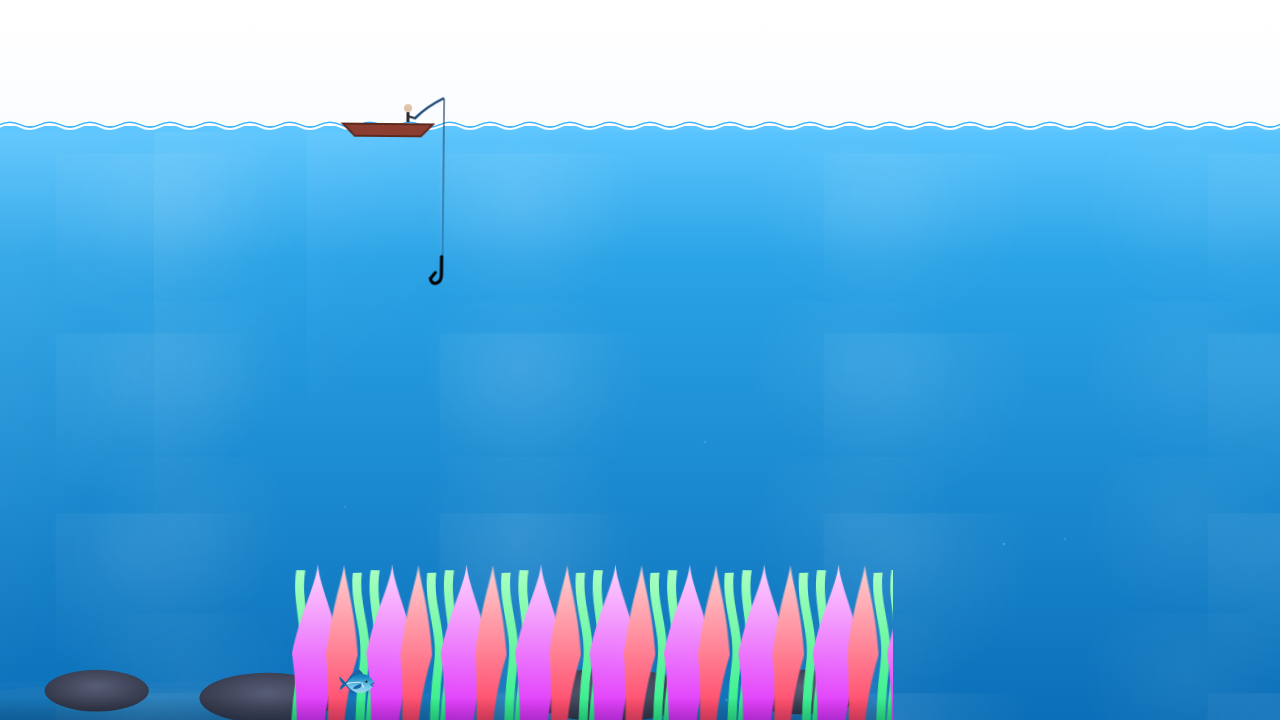
Repository: DeepFriedTurkey441/fd_game_project
Page: index.html
The author's editor kept a copy of each file at every save. The page is drawn from the files as they stood at one save, then again after the next save.
The browser window is 1280 px wide. The pictures show the whole page.

Above is the page before, as saved 2025-09-23 09:15:02.

### index.html
<!DOCTYPE html>
<html lang="en">
<head>
  <meta charset="UTF-8">
  <title>Fish Dodge</title>
  <link rel="stylesheet" href="style.css">
</head>
<body>
  <div id="game">
    <div id="air" aria-hidden="true"></div>
    <div id="waterline" aria-hidden="true"></div>
    <!-- Decorative background layers (non-interactive) -->
    <div id="light-rays" aria-hidden="true"></div>
    <div id="caustics" aria-hidden="true"></div>
    <!-- Realistic aquarium background (SVG) built from reusable symbols -->
    <svg id="aquarium-bg" viewBox="0 0 1200 600" preserveAspectRatio="none" aria-hidden="true">
      <defs>
        <!-- gradients -->
        <linearGradient id="sandGrad" x1="0" y1="0" x2="0" y2="1">
          <stop offset="0%" stop-color="#f8ebc9"/>
          <stop offset="60%" stop-color="#e7d2a2"/>
          <stop offset="100%" stop-color="#c6a773"/>
        </linearGradient>
        <radialGradient id="rockGrad" cx="50%" cy="40%" r="60%">
          <stop offset="0%" stop-color="#585d77"/>
          <stop offset="100%" stop-color="#303445"/>
        </radialGradient>
        <linearGradient id="leafGreen" x1="0" y1="1" x2="0" y2="0">
          <stop offset="0%" stop-color="#008c3b"/>
          <stop offset="55%" stop-color="#00e676"/>
          <stop offset="100%" stop-color="#a8ffbf"/>
        </linearGradient>
        <linearGradient id="leafRed" x1="0" y1="1" x2="0" y2="0">
          <stop offset="0%" stop-color="#b00020"/>
          <stop offset="55%" stop-color="#ff1744"/>
          <stop offset="100%" stop-color="#ffd1d1"/>
        </linearGradient>
        <linearGradient id="leafPurple" x1="0" y1="1" x2="0" y2="0">
          <stop offset="0%" stop-color="#5a00d1"/>
          <stop offset="55%" stop-color="#d500f9"/>
          <stop offset="100%" stop-color="#ffd6ff"/>
        </linearGradient>
        <!-- subtle sand grain -->
        <filter id="grain" x="-10%" y="-10%" width="120%" height="120%">
          <feTurbulence type="fractalNoise" baseFrequency="0.9" numOctaves="2" result="noise"/>
          <feColorMatrix type="saturate" values="0" in="noise" result="gn"/>
          <feBlend in="SourceGraphic" in2="gn" mode="multiply"/>
          <feComponentTransfer>
            <feFuncA type="linear" slope="0.06"/>
          </feComponentTransfer>
        </filter>
        <!-- plant blade symbol (curved) -->
        <symbol id="plantBlade" viewBox="0 0 20 200">
          <path d="M10 200 C 14 130, 4 90, 12 40 C 14 26, 8 14, 10 0" fill="none" stroke="url(#leafGreen)" stroke-width="4" stroke-linecap="round"/>
        </symbol>
        <!-- broad leaf symbol -->
        <symbol id="leafBroad" viewBox="0 0 30 200">
          <path d="M15 200 C 28 130, 8 90, 26 40 C 22 20, 16 10, 15 0 C 14 10, 8 20, 4 40 C 12 90, -2 130, 15 200 Z" fill="url(#leafPurple)"/>
        </symbol>
        <!-- red leaf symbol -->
        <symbol id="leafRedSym" viewBox="0 0 26 200">
          <path d="M13 200 C 22 120, 6 90, 20 40 C 18 18, 14 8, 13 0 C 12 8, 8 18, 6 40 C 10 90, 2 120, 13 200 Z" fill="url(#leafRed)"/>
        </symbol>
      </defs>
      <!-- sand with gentle curvature and grain -->
      <path d="M0 560 C 180 540, 360 580, 560 565 C 780 548, 980 590, 1200 570 L 1200 600 L 0 600 Z" fill="url(#sandGrad)" filter="url(#grain)"/>
      <!-- rocks with gradient and shadow -->
      <g>
        <ellipse cx="130" cy="560" rx="70" ry="28" fill="url(#rockGrad)"/>
        <ellipse cx="360" cy="570" rx="92" ry="34" fill="url(#rockGrad)"/>
        <ellipse cx="820" cy="566" rx="110" ry="36" fill="url(#rockGrad)"/>
        <ellipse cx="1080" cy="562" rx="80" ry="30" fill="url(#rockGrad)"/>
      </g>
      <!-- dynamic plant clusters populated by script -->
      <g id="plants" transform="translate(0,0)"></g>
      <!-- bottom vignette (soft fade, no hard cutoff) -->
      <linearGradient id="bottomFog" x1="0" y1="0" x2="0" y2="1">
        <stop offset="0%" stop-color="rgba(0,0,0,0)"/>
        <stop offset="100%" stop-color="rgba(0,25,50,0.22)"/>
      </linearGradient>
      <rect x="0" y="570" width="1200" height="30" fill="url(#bottomFog)"/>
    </svg>
    <div class="boat" aria-label="small fishing boat" title="Fishing boat" style="left: 26vw;">
      <svg viewBox="0 0 120 60" xmlns="http://www.w3.org/2000/svg" aria-hidden="true">
        <!-- hull -->
        <path d="M10 40 L100 40 L88 52 L22 52 Z" fill="#8b3e2f" stroke="#5e291f" stroke-width="2"/>
        <!-- fisherman (simple) -->
        <circle cx="75" cy="24" r="4" fill="#e0c2a8"/>
        <path id="arm" d="M75 28 L75 38" stroke="#2b2b2b" stroke-width="3"/>
        <path id="rod" d="M75 32 L82 34" stroke="#2b2b2b" stroke-width="2"/>
        <!-- fishing rod (angled out over water) -->
        <path d="M82 34 Q 94 22 110 14" stroke="#1f4b7a" stroke-width="2.5" fill="none" stroke-linecap="round"/>
      </svg>
      <div class="line" aria-hidden="true"></div>
      <svg class="hook" aria-hidden="true" viewBox="0 0 24 36">
        <!-- J‑shaped hook: black stroke, no fill -->
        <path d="M16 2 V20 C16 30 6 32 5 24" fill="none" stroke="#000" stroke-width="3.2" stroke-linecap="round"/>
        <!-- Barb -->
        <path d="M6 23 L10 18" fill="none" stroke="#000" stroke-width="3" stroke-linecap="round"/>
      </svg>
    </div>
    <div id="fish" aria-label="fish"><span class="sprite" aria-hidden="true">🐟</span></div>
    <!-- Soft ambient bubbles -->
    <div id="bubbles" aria-hidden="true"></div>
  </div>
  <script src="script.js"></script>
</body>
</html>

### style.css
/* Basic starter styling */
body {
    margin: 0;
    font-family: sans-serif;
    background-color: #0a3454;
    color: #fff;
  }

#game {
    position: relative;
    width: 100vw;
    height: 100vh;
    overflow: hidden;
    background: linear-gradient(#f9fbff 0%, #eaf3ff 16.66%, #5ec7ff 16.66%, #2aa3e6 36%, #0b6fb8 100%);
  }

/* Air overlay (top 1/6) to ensure a whitish sky */
#air {
    position: absolute;
    left: 0; right: 0;
    top: 0;
    /* Extend slightly past the waterline so crests have white behind them */
    height: calc(100vh / 6 + 12px);
    background: linear-gradient(to bottom, rgba(255,255,255,0.98), rgba(255,255,255,0.75));
    z-index: 1;
    pointer-events: none;
  }

/* Waterline at 1/6 of the viewport height from the top */
#waterline {
    position: absolute;
    left: 0; right: 0;
    top: calc(100vh / 6);
    height: 12px;
    z-index: 2;
    pointer-events: none;
    /* Squiggly wave on top of a 2-color band: white above, light blue below */
    background:
      url("data:[embedded picture, 376 characters]") repeat-x center,
      linear-gradient(to bottom, rgba(255,255,255,0.98) 0%, rgba(255,255,255,0.98) 50%, rgba(94,199,255,1) 50%, rgba(94,199,255,1) 100%);
    background-size: 80px 12px, 100% 100%;
  }

/* Boat at surface */
  .boat {
    position: absolute;
    top: calc(100vh / 6 - 34px); /* float a bit higher above ripple */
    width: 120px; height: 60px;
    transform-origin: 50% 50%;
    animation: bob 3.2s ease-in-out infinite;
    z-index: 6; /* above reefs; fish swims under */
    pointer-events: none;
  }
  .boat svg { width: 100%; height: 100%; display: block; }
  /* (reverted) */

/* Realistic aquarium background container */
#aquarium-bg { position:absolute; left:0; right:0; bottom:0; height: 62vh; z-index:1; pointer-events:none; }
/* Plant sway animations */
.sway { animation: sway 6s ease-in-out infinite; transform-origin: 50% 100%; }
.sway.slow { animation-duration: 8.5s; }
.sway.fast { animation-duration: 4.5s; }
@keyframes sway {
  0% { transform: rotate(0deg); }
  25% { transform: rotate(2.2deg); }
  50% { transform: rotate(-2.8deg); }
  75% { transform: rotate(1.6deg); }
  100% { transform: rotate(0deg); }
}

/* God-rays */
#light-rays { position: absolute; left:0; right:0; top: calc(100vh/6); bottom:0; pointer-events:none; z-index:1;
  background:
    linear-gradient(115deg, rgba(255,255,255,0.12) 10%, rgba(255,255,255,0.0) 35%) 0 0/40% 100% no-repeat,
    linear-gradient(125deg, rgba(255,255,255,0.10) 8%, rgba(255,255,255,0.0) 32%) 20% 0/40% 100% no-repeat,
    linear-gradient(135deg, rgba(255,255,255,0.08) 6%, rgba(255,255,255,0.0) 28%) 40% 0/40% 100% no-repeat;
  mix-blend-mode: screen;
  opacity: 0.5;
}

/* Caustic shimmer */
#caustics { position:absolute; left:0; right:0; top: calc(100vh/6); bottom:0; pointer-events:none; z-index:1;
  background: radial-gradient(circle at 20% 20%, rgba(255,255,255,0.08) 0%, rgba(255,255,255,0) 40%) 0 0/30% 30% repeat,
              radial-gradient(circle at 70% 40%, rgba(255,255,255,0.06) 0%, rgba(255,255,255,0) 42%) 0 0/26% 26% repeat;
  animation: causticDrift 18s linear infinite;
}
@keyframes causticDrift {
  0% { background-position: 0 0, 0 0; }
  100% { background-position: 200px 120px, -160px 90px; }
}

/* Seafloor gradient to deepen bottom */
#seafloor { position:absolute; left:0; right:0; bottom:0; height: 16vh; pointer-events:none; z-index:1;
  background: linear-gradient(to bottom, rgba(0,0,0,0) 0%, rgba(0,0,0,0.25) 100%);
}
  .boat .line {
    position: absolute;
    left: 110px; /* exact rod tip in SVG coords */
    top: 14px;
    width: 2px;
    height: calc(100vh - (100vh / 6)); /* down to bottom */
    background: linear-gradient(to bottom, rgba(30,60,100,0.6), rgba(30,60,100,0.3));
    transform-origin: top;
    z-index: 4; /* between reefs and fish */
  }
  .boat .hook {
    position: absolute;
    left: 100px; /* adjusted for SVG viewBox */
    top: 14px;
    width: 24px; height: 36px;
    z-index: 5;
    display: block;
  }
  .boat .hook path { vector-effect: non-scaling-stroke; }

@keyframes bob {
  0%   { transform: translateY(0) rotate(-0.6deg); }
  50%  { transform: translateY(-2px) rotate(0.6deg); }
  100% { transform: translateY(0) rotate(-0.6deg); }
}

#fish {
    position: absolute;
    left: 24px;
    top: 50vh;
    transform: translateY(-50%);
    font-size: 32px;
    line-height: 1;
    user-select: none;
    z-index: 5;
  }
/* Ambient bubbles */
#bubbles { position:absolute; left:0; right:0; top: calc(100vh/6); bottom:0; pointer-events:none; z-index:2; }
#bubbles::before, #bubbles::after { content:""; position:absolute; left:10%; bottom:6vh; width:2px; height:2px; background:transparent;
  box-shadow:  0 0 0 0 rgba(255,255,255,0.7),
               40vw 10vh 0 0 rgba(255,255,255,0.6),
               20vw 30vh 0 0 rgba(255,255,255,0.5),
               65vw 22vh 0 0 rgba(255,255,255,0.6),
               80vw 12vh 0 0 rgba(255,255,255,0.5),
               15vw 18vh 0 0 rgba(255,255,255,0.5);
  animation: bubbleUp 8s linear infinite;
}
#bubbles::after { left:35%; animation-duration: 12s; opacity:0.8; }
@keyframes bubbleUp {
  0% { transform: translateY(0) scale(1); opacity: 0.0; }
  10% { opacity: 0.6; }
  100% { transform: translateY(-70vh) scale(1.2); opacity: 0; }
}
  #fish .sprite { display: inline-block; font-size: 32px; width: 1em; height: 1em; }
  /* Emoji orientation mappings */
  /* Most platforms render 🐟 facing left by default (head on left). */
  #fish .face-left { transform: scaleX(1); }
  #fish .face-right { transform: scaleX(-1); }

### script.js
// Fish movement prototype: slow downward drift, space = up/forward, 3 speeds (←/→)
(function () {
  const fish = document.getElementById('fish');
  const sprite = fish ? fish.querySelector('.sprite') : null;
  const boat = document.querySelector('.boat');
  const lineEl = boat ? boat.querySelector('.line') : null;
  const hookEl = boat ? boat.querySelector('.hook') : null;
  const plantsGroup = document.querySelector('#aquarium-bg #plants');
  // (reverted) no rod group rotation
  const armPath = boat ? boat.querySelector('#arm') : null;
  const rodPath = boat ? boat.querySelector('#rod') : null;
  if (!fish) return;

  // Ensure fish faces right
  // using CSS flip on child span; no need to set text here

  const BASE_SPEEDS = [1, 3, 6];
  let speedIndex = 0;
  let dir = 1; // 1 = left→right, -1 = right→left
  let speed = BASE_SPEEDS[speedIndex]; // signed pixels/frame after scaling

  let x = 24;
  let y = window.innerHeight * 0.5;
  let vy = 0;
  let spacePressed = false;
  let paused = false;
  function getFishHalfHeight() {
    try {
      const rect = (sprite || fish).getBoundingClientRect();
      return Math.max(8, (rect.height || 32) / 2);
    } catch (_) {
      return 16; // fallback for early frames
    }
  }

  // Tunables
  function scale() { return Math.max(0.8, Math.min(2.0, window.innerWidth / 1200)); }
  function gravity() { return 0.12 * scale(); } // slow drift downward
  function maxFall() { return 3.0 * scale(); }
  function maxRise() { return -4.0 * scale(); }

  function wrapX(nx) {
    const w = window.innerWidth;
    if (nx > w) return nx - w;
    if (nx < 0) return nx + w;
    return nx;
  }

  function updateSpeed() {
    speed = dir * (BASE_SPEEDS[speedIndex] * scale());
    // Update facing based on direction
    if (sprite) {
      if (dir === 1) {
        sprite.classList.remove('face-left');
        sprite.classList.add('face-right');
      } else {
        sprite.classList.remove('face-right');
        sprite.classList.add('face-left');
      }
    }
  }

  function loop() {
    if (paused) { requestAnimationFrame(loop); return; }
    // Horizontal progress
    x = wrapX(x + speed);

    // Vertical physics
    if (spacePressed) {
      vy = Math.max(maxRise(), vy - 0.45 * scale());
    } else {
      vy = Math.min(maxFall(), vy + gravity());
    }
    // Compute waterline as top at 1/6 viewport height
    const waterlineY = window.innerHeight / 6;
    // Keep the fish's center at least one pixel below the waterline + half its height
    const halfH = getFishHalfHeight();
    const topClamp = Math.max(0, waterlineY + halfH + 1);
    const bottomClamp = window.innerHeight - 40;
    y = Math.max(topClamp, Math.min(bottomClamp, y + vy));

    // Render
    fish.style.left = x + 'px';
    fish.style.top = y + 'px';

    // Simple jig animation for hook: hold near bottom, then hop upward irregularly
    animateHook();

    requestAnimationFrame(loop);
  }

  // --- Populate plant clusters to fill width ---
  function createUse(href, attrs) {
    const el = document.createElementNS('http://www.w3.org/2000/svg', 'use');
    // Prefer modern href; some engines still look for xlink:href
    el.setAttribute('href', href);
    try { el.setAttributeNS('http://www.w3.org/1999/xlink', 'href', href); } catch (_) {}
    for (const [k, v] of Object.entries(attrs)) el.setAttribute(k, String(v));
    return el;
  }
  function addCluster(x) {
    const g = document.createElementNS('http://www.w3.org/2000/svg', 'g');
    g.setAttribute('transform', `translate(${x},0)`);
    g.appendChild(createUse('#plantBlade', { x: 0, y: 398, class: 'sway' }));
    g.appendChild(createUse('#leafBroad', { x: 24, y: 390, class: 'sway fast' }));
    g.appendChild(createUse('#leafRedSym', { x: 58, y: 390, class: 'sway' }));
    g.appendChild(createUse('#plantBlade', { x: 86, y: 404, class: 'sway slow' }));
    plantsGroup.appendChild(g);
  }
  function layoutPlants() {
    if (!plantsGroup) return;
    while (plantsGroup.firstChild) plantsGroup.removeChild(plantsGroup.firstChild);
    // Densify tiling and extend past edges to avoid any clipping
    const viewWidth = 1200; // SVG viewBox width
    const clusterW = 100;   // tighter spacing for fuller coverage
    const start = -2 * clusterW; // extend off-left
    const end = viewWidth + 2 * clusterW; // extend off-right
    for (let x = start; x <= end; x += clusterW) addCluster(x);
  }

  // --- Fishing line + hook motion ---
  let hookState = { phase: 'drop', targetY: 0, lastChange: 0 };
  // (reverted) no cast state
  const FEATURES = {
    casting: (new URL(location.href).searchParams.get('cast') === '1') ||
             (localStorage.getItem('fd_casting') === '1')
  };
  document.addEventListener('keydown', e => {
    if (e.key === 'C') {
      FEATURES.casting = !FEATURES.casting;
      localStorage.setItem('fd_casting', FEATURES.casting ? '1' : '0');
      location.reload();
    }
  });

  // Dynamic grouping for casting when flag is ON
  let rodGroup = null;
  if (boat && FEATURES.casting && armPath && rodPath) {
    try {
      const svg = boat.querySelector('svg');
      rodGroup = document.createElementNS('http://www.w3.org/2000/svg', 'g');
      rodGroup.setAttribute('id', 'rodGroup');
      rodGroup.appendChild(armPath);
      rodGroup.appendChild(rodPath);
      svg.insertBefore(rodGroup, svg.firstChild.nextSibling);
      rodGroup.style.transformOrigin = '75px 32px';
    } catch (_) { rodGroup = null; }
  }
  function animateHook() {
    if (!lineEl || !hookEl) return;
    const now = performance.now();
    const waterTop = window.innerHeight / 6;
    const bottom = window.innerHeight - 4;
    // Anchor positions at rod tip in page coords
    const boatRect = boat.getBoundingClientRect();
    const rodTip = { x: boatRect.left + 110, y: boatRect.top + 14 };
    // Hook SVG geometry (viewBox 0 0 24 36): eye at roughly (16, 2)
    const HOOK_EYE_X = 16; // px within SVG
    const HOOK_EYE_Y = 2;  // px within SVG
    if (hookState.phase === 'drop') {
      // Ensure line spans to bottom and hook sits near bottom
      lineEl.style.height = (bottom - rodTip.y) + 'px';
      // Position hook so its eye aligns with the line X and starts at bottom
      hookEl.style.left = (rodTip.x - boatRect.left - HOOK_EYE_X) + 'px';
      hookEl.style.top = (rodTip.y - boatRect.top + (bottom - rodTip.y) - (HOOK_EYE_Y + 2)) + 'px';
      hookState.phase = 'jig';
      hookState.lastChange = now;
      hookState.targetY = bottom - 30;
      // Trigger a one-time cast animation when flag is ON
      if (FEATURES.casting) startCast(now);
      return;
    }
    // Jigging: random small upward hops, then fall back
    const hookRect = hookEl.getBoundingClientRect();
    const hookY = hookRect.top + hookRect.height / 2;
    if (now - hookState.lastChange > 600 + Math.random() * 600) {
      hookState.targetY = Math.max(waterTop + 60, hookY - (30 + Math.random() * 60));
      hookState.lastChange = now;
    }
    // Move toward targetY smoothly
    const dy = (hookState.targetY - hookY) * 0.14;
    const newTop = hookY + dy;
    const maxTop = bottom - 12;
    const clampedTop = Math.min(maxTop, Math.max(waterTop + 40, newTop));
    // Position hook (absolute within boat) using page→boat coordinates
    const newHookTop = clampedTop - hookRect.height / 2;
    // Keep hook horizontally anchored so the eye stays on the line
    hookEl.style.left = (rodTip.x - boatRect.left - HOOK_EYE_X) + 'px';
    hookEl.style.top = (newHookTop - boatRect.top) + 'px';

    // Reel-in effect: simply shorten the line element height to the hook
    const hookEyePageY = (newHookTop + HOOK_EYE_Y); // page Y for hook eye
    const visibleHeight = Math.max(0, hookEyePageY - rodTip.y);
    lineEl.style.height = visibleHeight + 'px';

    if (FEATURES.casting) stepCast(now);
  }
  // --- Casting (guarded by feature flag) ---
  let hasCastOnce = false;
  let castPhase = 'idle';
  let castStartAt = 0;
  function getBoatSectionIndex() {
    const sections = 10;
    const boatRect = boat.getBoundingClientRect();
    const centerX = boatRect.left + boatRect.width / 2;
    const w = window.innerWidth;
    return Math.min(sections - 1, Math.max(0, Math.floor((centerX / w) * sections)));
  }
  function startCast(now) {
    if (hasCastOnce || !rodGroup) return;
    const section = getBoatSectionIndex();
    if (section >= 8) return;
    hasCastOnce = true;
    castPhase = 'windup';
    castStartAt = now;
  }
  function stepCast(now) {
    if (castPhase === 'idle' || !rodGroup) return;
    const t = now - castStartAt;
    if (castPhase === 'windup') {
      const dur = 380, k = Math.min(1, t / dur);
      const angle = -35 * (1 - Math.pow(1 - k, 3));
      rodGroup.style.transform = `rotate(${angle}deg)`;
      if (k >= 1) { castPhase = 'forward'; castStartAt = now; }
    } else if (castPhase === 'forward') {
      const dur = 240, k = Math.min(1, t / dur);
      const angle = (-35) + 50 * (1 - Math.pow(1 - k, 3));
      rodGroup.style.transform = `rotate(${angle}deg)`;
      const section = getBoatSectionIndex();
      const w = window.innerWidth, sectionW = w / 10;
      const targetX = Math.min((section + 2 + 0.5) * sectionW, w - 20);
      const boatRect = boat.getBoundingClientRect();
      const curr = hookEl.getBoundingClientRect();
      const nx = (curr.left + (targetX - curr.left) * (1 - Math.pow(1 - k, 3))) - boatRect.left - 16;
      hookEl.style.left = `${nx}px`;
      if (k >= 1) { castPhase = 'settle'; castStartAt = now; }
    } else if (castPhase === 'settle') {
      const dur = 280, k = Math.min(1, t / dur);
      const angle = 15 - 15 * (1 - Math.pow(1 - k, 3));
      rodGroup.style.transform = `rotate(${angle}deg)`;
      if (k >= 1) { castPhase = 'idle'; rodGroup.style.transform = 'rotate(0deg)'; }
    }
  }

  document.addEventListener('keydown', (e) => {
    switch (e.key) {
      case ' ': // surge
        if (!spacePressed) {
          spacePressed = true;
          vy = Math.max(maxRise(), vy - 2.2 * scale());
          fish.style.transform = 'translateY(-50%) scale(1.04) rotate(-3deg)';
        }
        break;
      case 'p':
        paused = !paused;
        break;
      case 'ArrowRight':
        if (dir === 1) {
          // Already moving right: speed up until max
          speedIndex = Math.min(BASE_SPEEDS.length - 1, speedIndex + 1);
        } else {
          // Moving left: step down speed; if already at slowest, flip to right slow
          if (speedIndex > 0) {
            speedIndex -= 1;
          } else {
            dir = 1; // flip direction
            speedIndex = 0; // start at slowest in new direction
          }
        }
        updateSpeed();
        break;
      case 'ArrowLeft':
        if (dir === -1) {
          // Already moving left: speed up until max
          speedIndex = Math.min(BASE_SPEEDS.length - 1, speedIndex + 1);
        } else {
          // Moving right: step down speed; if already at slowest, flip to left slow
          if (speedIndex > 0) {
            speedIndex -= 1;
          } else {
            dir = -1; // flip direction
            speedIndex = 0; // start at slowest in new direction
          }
        }
        updateSpeed();
        break;
    }
  });
  document.addEventListener('keyup', (e) => {
    if (e.key === ' ') {
      spacePressed = false;
      fish.style.transform = 'translateY(-50%)';
    }
  });

  window.addEventListener('resize', () => {
    x = Math.min(x, window.innerWidth - 40);
    // Re-apply clamp relative to new waterline and fish size
    const waterlineY = window.innerHeight / 6;
    const halfH = getFishHalfHeight();
    const topClamp = Math.max(0, waterlineY + halfH + 1);
    const bottomClamp = window.innerHeight - 40;
    y = Math.max(topClamp, Math.min(bottomClamp, y));
    updateSpeed();
    // Recompute line length on resize
    if (lineEl && boat) {
      const bottom = window.innerHeight - 4;
      const boatRect = boat.getBoundingClientRect();
      const rodTipY = boatRect.top + 14;
      lineEl.style.height = (bottom - rodTipY) + 'px';
    }
    // Relayout plants in case SVG scales differently across sizes
    layoutPlants();
  });

  // Init
  updateSpeed();
  layoutPlants();
  // Ensure initial facing matches starting direction (right)
  if (sprite) { sprite.classList.add('face-right'); }
  loop();
})();

After the next save:
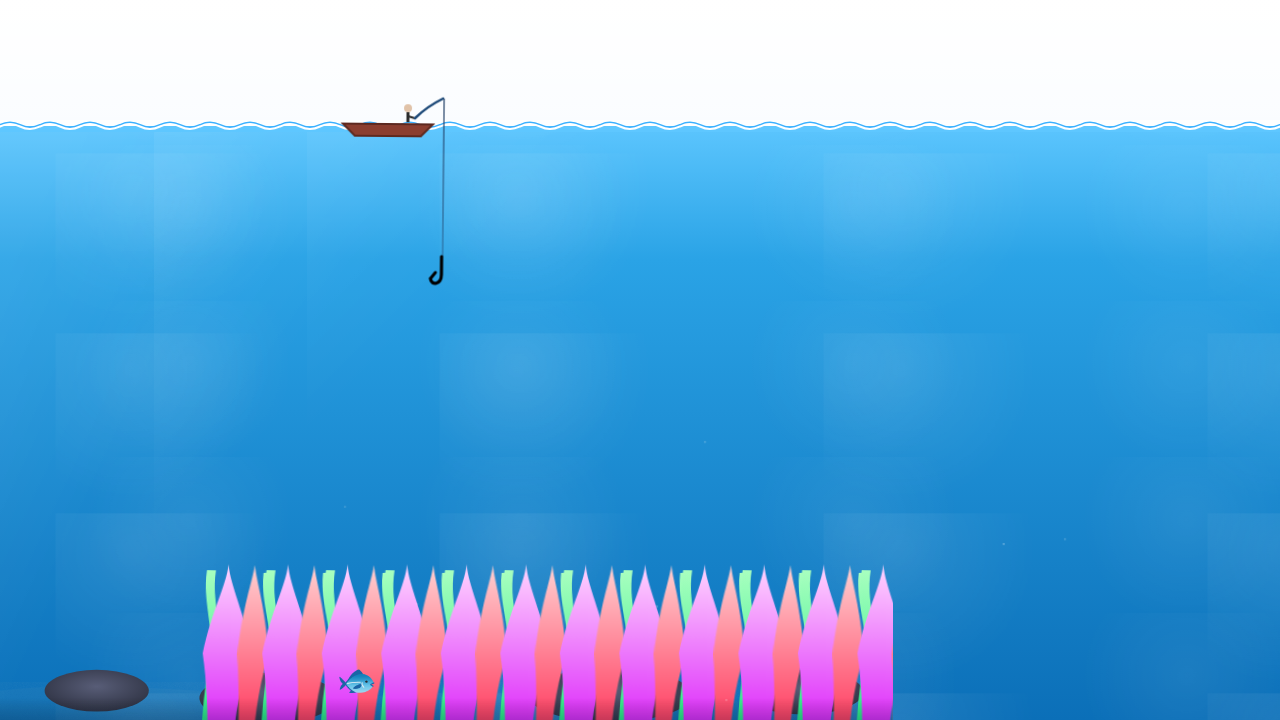
Saved 2 min 35 s later.
--- a/script.js
+++ b/script.js
@@ -112,9 +112,9 @@
     while (plantsGroup.firstChild) plantsGroup.removeChild(plantsGroup.firstChild);
     // Densify tiling and extend past edges to avoid any clipping
     const viewWidth = 1200; // SVG viewBox width
-    const clusterW = 100;   // tighter spacing for fuller coverage
-    const start = -2 * clusterW; // extend off-left
-    const end = viewWidth + 2 * clusterW; // extend off-right
+    const clusterW = 80;    // denser spacing
+    const start = -4 * clusterW; // extend further off-left
+    const end = viewWidth + 4 * clusterW; // extend further off-right
     for (let x = start; x <= end; x += clusterW) addCluster(x);
   }
 
